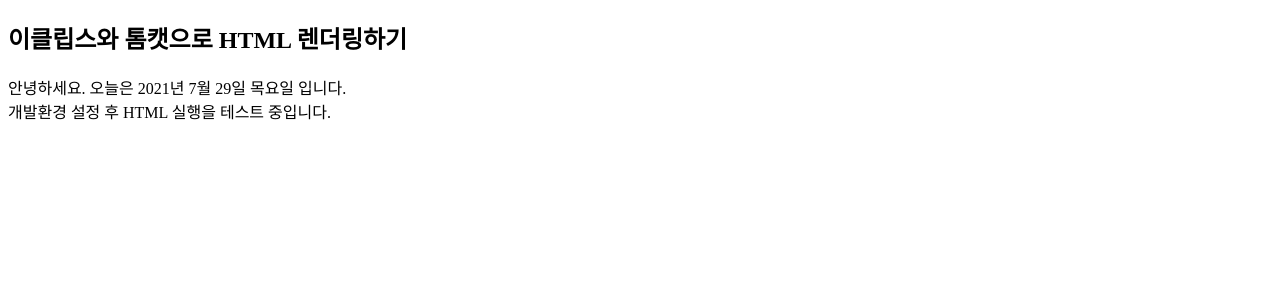
Repository: GITJIWOO/JavaBasic
Page: http://localhost/JSPBasic/Scriptlet.jsp
An editor plug-in stored every save of this project. The page is shown before and after the next save, followed by the edit.
The browser window is 1280 px wide. The pictures show the whole page.
The page is served by Tomcat 9.

Above is the page before, as saved 2021-07-29 02:36:07.

### JSPBasic/WebContent/Scriptlet.jsp
<%@ page language="java" contentType="text/html; charset=UTF-8"
    pageEncoding="UTF-8"%>
<!DOCTYPE html>
<html>
<head>
<meta charset="UTF-8">
<title>Insert title here</title>
</head>
<body>
	<h2>이클립스와 톰캣으로 HTML 렌더링하기</h2>
	<p>안녕하세요. 오늘은 2021년 7월 29일 목요일 입니다.<br/>
		개발환경 설정 후 HTML 실행을 테스트 중입니다.
		<% System.out.println("<h2>123</h2>"); %>
	</p>
</body>
</html>

After the next save:
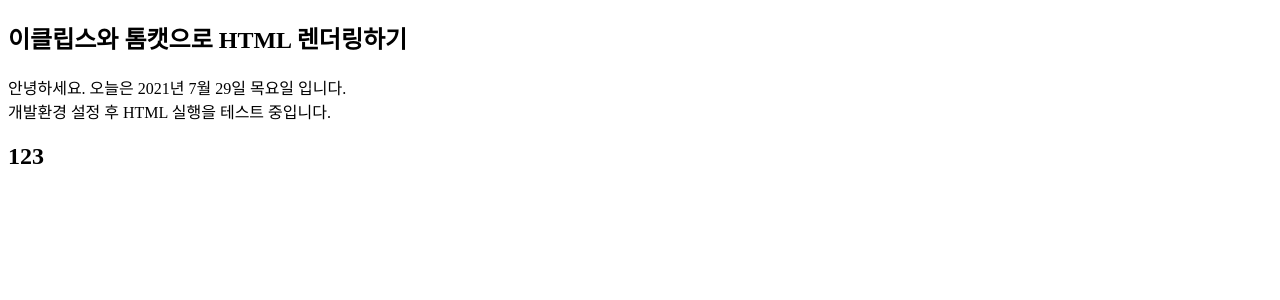
Saved 15 min 6 s later.
--- a/JSPBasic/WebContent/Scriptlet.jsp
+++ b/JSPBasic/WebContent/Scriptlet.jsp
@@ -10,7 +10,7 @@
 	<h2>이클립스와 톰캣으로 HTML 렌더링하기</h2>
 	<p>안녕하세요. 오늘은 2021년 7월 29일 목요일 입니다.<br/>
 		개발환경 설정 후 HTML 실행을 테스트 중입니다.
-		<% System.out.println("<h2>123</h2>"); %>
+		<% out.println("<h2>123</h2>"); %>
 	</p>
 </body>
 </html>
